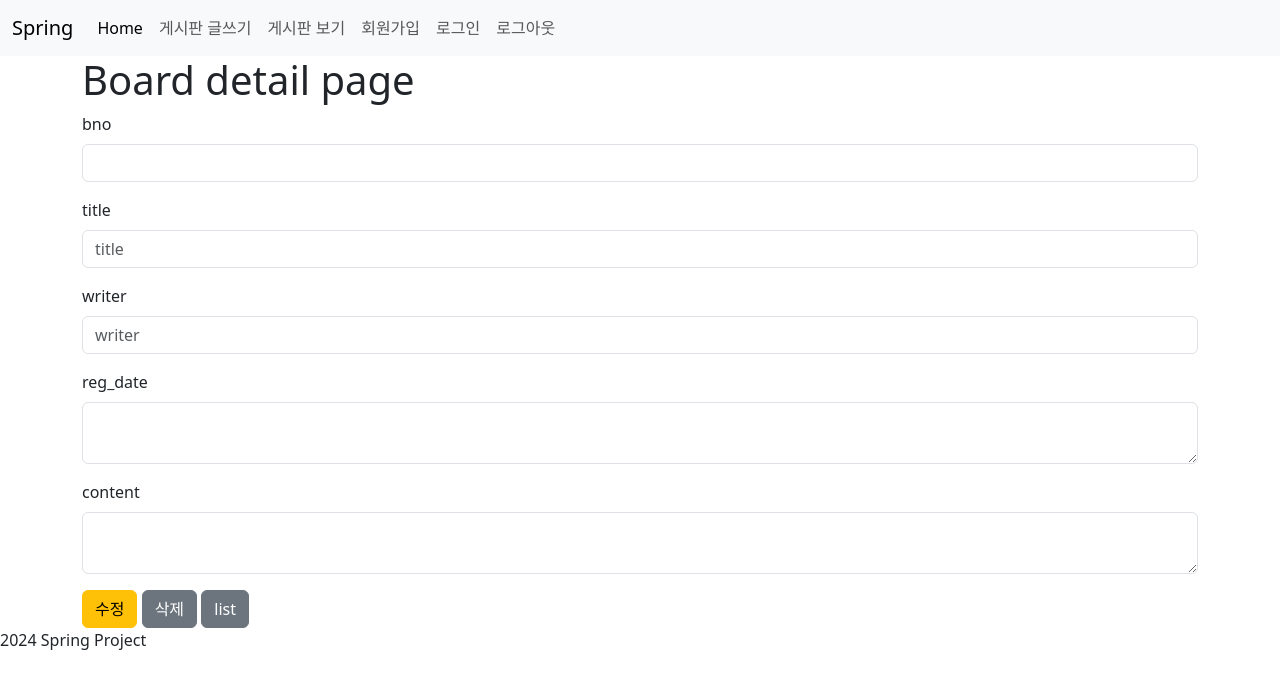
Repository: kimnoanoa/springTest240430
Page: http://localhost/spring_study/WEB-INF/views/board/detail.jsp
An editor plug-in stored every save of this project. The page is shown before and after the next save, followed by the edit.
The browser window is 1280 px wide. The pictures show the whole page.
The page is served by Tomcat 9. Nobody is signed in. The template is opened directly, without the code that normally fills it, so the values that code supplies are empty.

Above is the page before, as saved 2024-04-24 05:50:17.

After the next save:
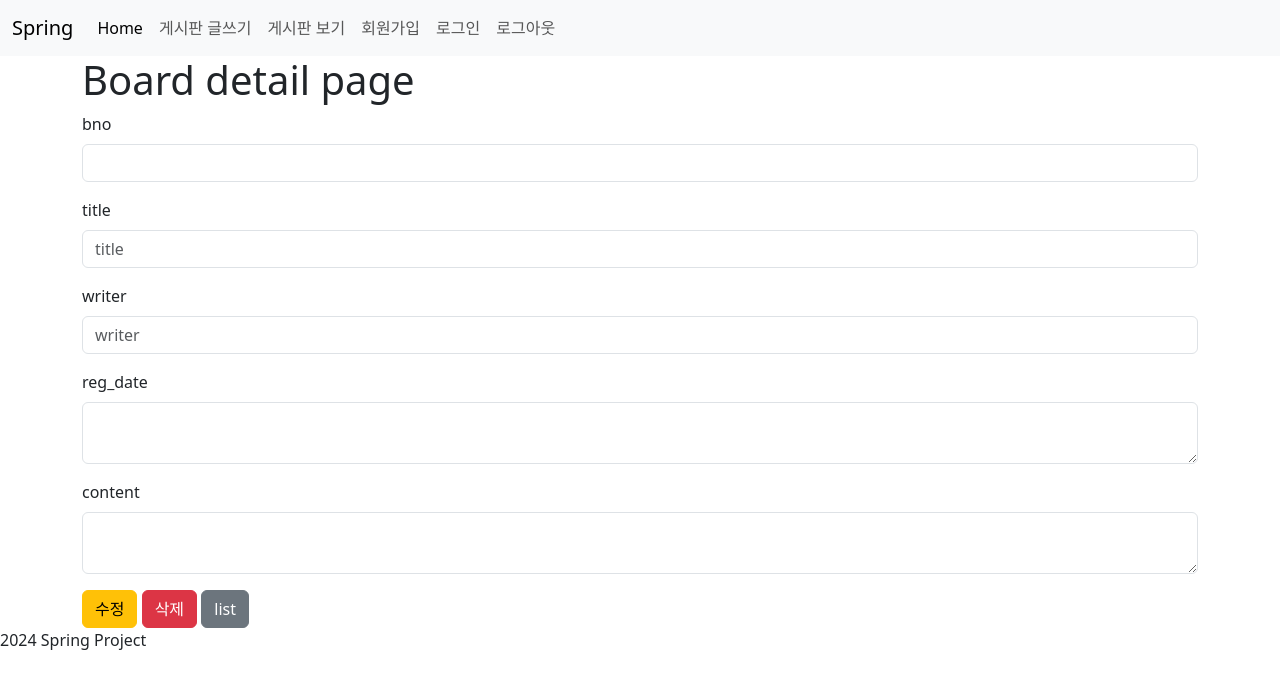
Saved 11 s later.
--- a/spring_study/src/main/webapp/WEB-INF/views/board/detail.jsp
+++ b/spring_study/src/main/webapp/WEB-INF/views/board/detail.jsp
@@ -25,7 +25,7 @@
 			  <textarea class="form-control" id="c" aria-label="With textarea" name="content"></textarea>
 			</div>
 			<a><button type="button" class="btn btn-warning">수정</button></a>
-			<a><button type="button" class="btn btn-secondary">삭제</button></a>
+			<a><button type="button" class="btn btn-danger">삭제</button></a>
 			<a><button type="button" class="btn btn-secondary">list</button></a>
 
 	</div>
